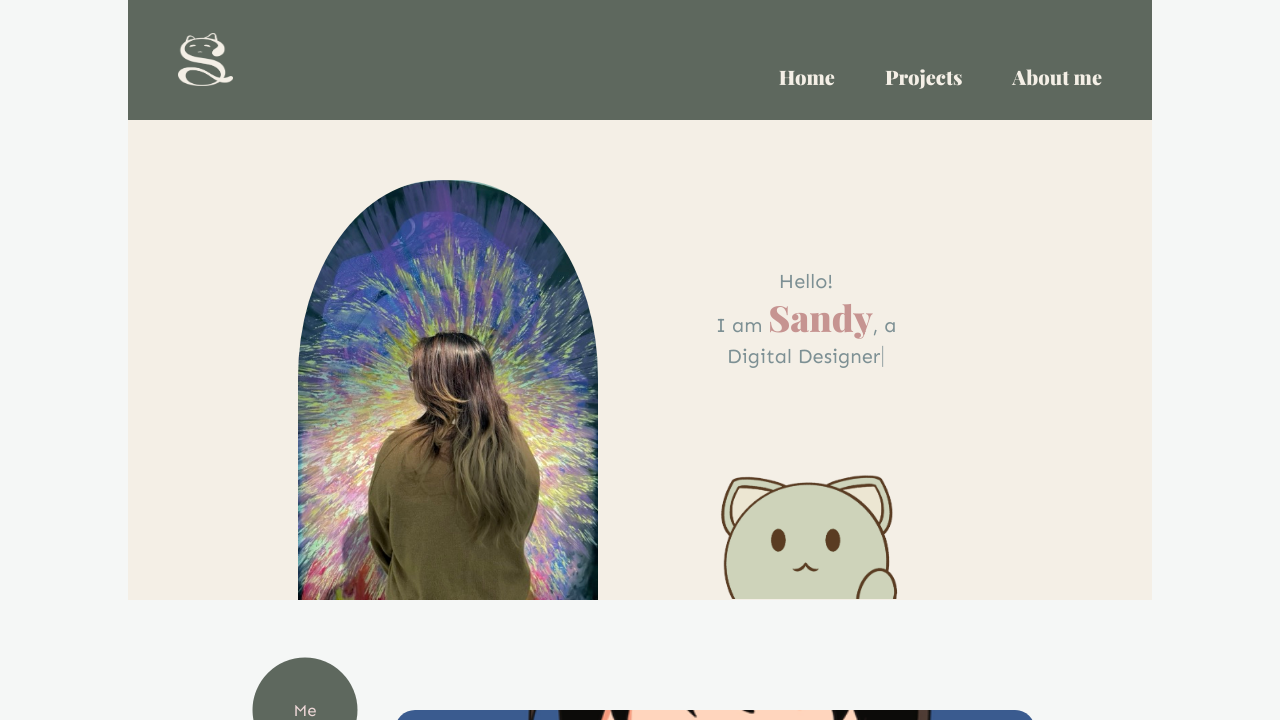
Repository: SandyLy453/portfolio
Page: /
The author's editor kept a copy of each file at every save. The page is drawn from the files as they stood at one save, then again after the next save.
The browser window is 1280 px wide. The pictures show the whole page.
An inner scrolling area shows only its first screen. The project was rebuilt for these pictures with package versions that can differ from the ones it lists, and the page was loaded fresh each time. The framework's server and built-in components were replaced by stand-ins that run in the browser. Also part of the build but not shown: next.config.mjs, modules/Footer/Footer.module.css, modules/Footer/Footer.js, modules/ProjectCard/ProjectCard.module.css, modules/ProjectCard/Projectcard.js.

Above is the page before, as saved 2025-02-13 18:10:51.

### pages/_app.js
import { useEffect } from "react";
import { useRouter } from "next/router";
import { Playfair_Display, Sen } from 'next/font/google';
import '../styles/globals.css';

const playfairDisplay = Playfair_Display({
  weight: ['400', '900'],
  style: ['normal', 'italic'],
  subsets: ['latin'],
});

const sen = Sen({
  weight: ['400', '700', '800'],
  subsets: ['latin'],
});

export default function App({ Component, pageProps }) {

  const router = useRouter();

  useEffect(() => {
    const handleRouteChangeComplete = (url) => {
        if (url.startsWith("/projects")) {
            window.location.reload();
        } else if (url.startsWith("/project")) {
          window.location.reload();
        }
    };

    router.events.on("routeChangeComplete", handleRouteChangeComplete);

    return () => {
        router.events.off("routeChangeComplete", handleRouteChangeComplete);
    };
}, [router]);


  return (
    <main className={`${playfairDisplay.className} ${sen.className}`}>
      <Component {...pageProps} />
    </main>
  )
}

### pages/_document.js
import { Html, Head, Main, NextScript } from "next/document";


export default function Document() {
  return (
    <Html lang="en">
      <Head>
        <title>San San's Tea Room</title>
        <link rel="icon" href="/favicon.ico" />

        <link rel="preconnect" href="https://fonts.googleapis.com" />
        <link rel="preconnect" href="https://fonts.gstatic.com" crossorigin="anonymous" />
        <link
          href="https://fonts.googleapis.com/css2?family=Playfair+Display:wght@400;900&family=Sen:wght@400;700;800&display=swap"
          rel="stylesheet"
        />
      </Head>
      <body>
        <Main />
        <NextScript />
      </body>
    </Html>
  );
}

### pages/index.js
import Image from "next/image";
import Link from "next/link";
import styles from "@/styles/Home.module.css";
import { useState, useEffect } from "react";
import Header from "@/modules/Header/Header";
import Footer from "@/modules/Footer/Footer";
import ProjectCard from "@/modules/ProjectCard/Projectcard";
import ShowCase from "@/modules/ShowCase/ShowCase";

export default function Home() {

  const projects = [
    {
      photos: ["/aether-cover.png"],
      alt: "Aether cover",
      title: "Aether",
      description: "Case Study - A AI-powered form-filling app",
      date: "September 2024 - December 2024",
      link: "/projects/Aether",
    },
    {
      photos: ["/post1.png", "/post2.png", "/post3.png"],
      alt: "Poster slides show",
      title: "Poster design",
      description:
        "Product design - Series of posters based on the anime/ manga Detective Conan.",
      date: "December 2024",
      link: "/projects/Poster",
    },
    {
      photos: ["/can1.png", "/can2.png", "/can3.png"],
      alt: "Can design slide show",
      title: "DiLo Tea Can",
      description: "Product design - Tea Can",
      date: "November 2024",
      link: "/projects/CanDesign",
    },
    {
      photos: ["/mockup2.png"],
      alt: "Magazine cover",
      title: "Magazine",
      description: "Magazine design - An architectural magazine",
      date: "November 2024",
      link: "/projects/Magazine",
    },
    {
      photos: ["/clotho.png"],
      alt: "Clotho app",
      title: "Clotho",
      description: "Clotho - A closet organize app",
      date: "March 2024 - May 2024",
      link: "/projects/Clotho",
    },
    {
      photos: ["/cam.png"],
      alt: "Camera vector graphic",
      title: "Mechanical Object Vector Graphic",
      description: "Using vector to draw mechanical objects",
      date: "December 2023",
      link: "/projects/MechanicalObject",
    },
  ];

  const [visibleProjects, setVisibleProjects] = useState(6);

  const roles = ["UX/UI Designer", "Digital Designer", "Web Developer"];
  const [text, setText] = useState("");
  const [index, setIndex] = useState(0);
  const [charIndex, setCharIndex] = useState(0);
  const [deleting, setDeleting] = useState(false);

  useEffect(() => {
    const currentRole = roles[index];

    let timeout;

    if (deleting) {
      timeout = setTimeout(() => {
        setText(currentRole.substring(0, charIndex - 1));
        setCharIndex((prev) => prev - 1);
      }, 50);
    } else {
      timeout = setTimeout(() => {
        setText(currentRole.substring(0, charIndex + 1));
        setCharIndex((prev) => prev + 1);
      }, 100);
    }

    if (!deleting && charIndex === currentRole.length) {
      setTimeout(() => setDeleting(true), 1000);
    } else if (deleting && charIndex === 0) {
      setDeleting(false);
      setIndex((prevIndex) => (prevIndex + 1) % roles.length);
    }

    return () => clearTimeout(timeout);
  }, [charIndex, deleting, index, roles]);

  return (
    <>
      <Header/>

      <main className={styles.main}>
        <div className={styles.top}>
          <div className={styles.image}>
            <Image src={'/cover.jpeg'} alt="cover photo" className={styles.coverPhoto} width={300} height={420} />
          </div>

          <div className={styles.info}>
            <p className={styles.role}>Hello!</p>
            <p className={styles.role}>I am <span className={styles.name}>Sandy</span>, a</p>
            <p className={styles.role}>
              {text}
              <span className={styles.cursor}>|</span>
            </p>
            <Image src={'/hi.GIF'} alt="greeting gif" className={styles.gif} width={294} height={129} />
          </div>
        </div>

        <ShowCase/>



        <div className={styles.loadMoreContainer}>
          <Link
            href="/project"
            className={styles.loadMoreButton}
            scroll={true}
          >
              <button className={styles.loadMoreButton}>
                More Projects
              </button>
          </Link>
        </div>

        <div className={styles.sectionBreaker}>
          <span> Contact </span>
        </div>

        <div className={styles.bottom}>

        </div>


        <br/>

      </main>
    </>
  );
}

### styles/globals.css
:root {
  --mauveMorn: #ecd6d6;
  --mauveShadow: #B59BA6;
  --moss: #5E7975;
  --brightWhite: #f5f7f6;
  --white: #fff;

  --spaBlue: #D3DEDF;
  --forest: #5E685E;
  --midnight: #3D4D55;
  --stormCloud: #676767;
  --cream: #f4EFE6;
  --cloud: #FEFCF6;
}

html,
body {
  padding: 0;
  margin: 0;
  background-color: #f5f7f6;
  width: 100vw;
  height: 100vh;
  overflow-x: hidden;
  scroll-behavior: auto;

  font-family: "Playfair Display", serif;
  font-optical-sizing: auto;
  color: var(--stormCloud);
  cursor: url('/hehe.webp') 16 16, auto;
}

header {
  margin: 0;
  padding: 0;
  box-sizing: border-box;
}

* {
  margin: 0;
  padding: 0;
  box-sizing: border-box; /* Reset styles for all elements */
}

h1, h2, h3, h4, h5, span {
  font-family: "Playfair Display", serif;
}

a, button {
  cursor: url('/haha.webp') 16 16, pointer;
}

### styles/Home.module.css
.page {
  margin: 0;
  padding: 0;
}

.main {
  min-height: 100vh;
  width: 70vw;
  margin: auto;
  margin-top: 0;
  margin-top: 120px;
}

.top {
  width: 100%;
  min-height: 480px;
  background-color: var(--cream);
  align-items: center;
  display: flex;
  flex-direction: row;
  padding: 0;
  flex-wrap: wrap;
  justify-content: center;
}

.coverPhoto {
  border-radius: 47% 47% 0 0;
  margin: 0 6rem;
  position: relative;
  bottom: -30px;
}

.info {
  text-align: center;
  margin-top: 100px;
  width: 30vw;
}

.name {
  font-size: 54px;
  color: #C69491;
  font-weight: 600;
  font-family: "Playfair Display", serif;
}

.role {
  font-size: 44px;
  color: #7D9094;
  font-weight: 500;
}

.loca {
  font-size: 20px;
  color: #7D9094;
  padding-top: 10px;
}

.gif {
  position: relative;
  bottom: -36px;
}


.sectionBreaker {
  display: flex;
  align-items: center;
  justify-content: center;
  margin: 40px 0;
  position: relative;
}

.sectionBreaker::before,
.sectionBreaker::after {
  content: "";
  flex: 1;
  height: 2px;
  background: #d3d3d3;
  margin: 0;
}

.sectionBreaker span {
  color: #7D9094;
  margin: 0 10px;
  font-size: 20px;
  font-style: italic;
}

.pjSection {
  display: flex;
  flex-direction: row;
  flex-wrap: wrap;
  justify-content:space-between;
  align-items: flex-start;
  margin: 0 auto;
  margin-bottom: 50px;
  gap: 1rem;
  max-width: 1350px;
}

.loadMoreContainer {
  display: flex;
  flex-direction: column;
  justify-content: center;
  align-items: center;
}

.loadMoreButton {
  height: 40px;
  width: 150px;
  background-color: var(--cream);
  color: var(--forest);
  border: 1px solid var(--forest);
  font-size: 18px;
  align-items: center;
  border-radius: 10px;
  margin-bottom: 50px;
}

.loadMoreButton:hover {
  background-color: var(--forest);
  color: var(--cream);
}




@media screen and (max-width: 1460px) {
  .pjSection {
    gap: 20px;
  }

  .main {
    width: 80vw;
  }

  .coverPhoto {
    margin: 0 1rem;
    bottom: -32px;
  }

  .info {
    margin-top: 50px;
  }

  .gif {
    bottom: -6.4rem;
  }

  .name {
    font-size: 36px;
  }

  .role {
    font-size: 20px;
  }

  .loca {
    font-size: 18px;
  }

  .pjSection {
    gap: 15px;
    justify-content: center;
  }
}



@media screen and (max-width: 768px) {
  .main {
    width: 100vw;
  }

  .coverPhoto {
    margin: 0 auto;
    bottom: -20px;
    width: 70vw;
    height: auto;
  }

  .info {
    margin-top: 50px;
    width: 90vw;
  }

  .name {
    font-size: 36px;
  }

  .role {
    font-size: 20px;
  }

  .loca {
    font-size: 18px;
  }

  .pjSection {
    gap: 15px;
    justify-content: center;
  }

  .gif {
    position: relative;
    bottom: -4px;
    margin-top: 10px;
  }
}

### modules/Header/Header.js
import Image from "next/image";
import Link from "next/link";
import styles from './Header.module.css'
import { useRef } from "react";

export default function Header () {
    const audioRef = useRef(null);

    const playSound = () => {
        if (audioRef.current) {
            audioRef.current.currentTime = 0;
            audioRef.current.play().catch(error => console.log("Audio playback error:", error));
        }
    };

    return (
        <header className={styles.header}>
            <div className={styles.logo}>
                <Link href={'/'}>
                    <Image
                        src={'/logo.png'}
                        alt="logo"
                        className={styles.logo}
                        width={55}
                        height={53}
                        onMouseEnter={playSound}
                    />
                </Link>
            </div>

            <div className={styles.menu}>
                <p className={styles.menuOption}><Link href={'/'} className={styles.link}>Home</Link></p>
                <p className={styles.menuOption}><Link href={'/project'} className={styles.link}>Projects</Link></p>
                <p className={styles.menuOption}><Link href={'/about'} className={styles.link}>About me</Link></p>
            </div>

            <audio ref={audioRef} src="/cat.wav" preload="auto"></audio>
        </header>
    )
}

### modules/ShowCase/ShowCase.js
import Image from "next/image";
import { useState, useEffect, useRef } from "react";
import styles from './ShowCase.module.css';

export default function ShowCase() {
    const tags = ["Me", "UX/UI", "Graphic", "Other"];
    const images = {
        "Me": "/card-holder.png",
        "UX/UI": "/ava.png",
        "Graphic": "/card-holder.png",
        "Other": "/ava.png",
    };

    const [activeTag, setActiveTag] = useState(tags[0]);
    const [isFading, setIsFading] = useState(false);
    const [isPaused, setIsPaused] = useState(false);
    const intervalRef = useRef(null);

    const startLoop = () => {
        clearInterval(intervalRef.current);
        intervalRef.current = setInterval(() => {
            setIsFading(true);
            setTimeout(() => {
                setActiveTag((prevTag) => {
                    const currentIndex = tags.indexOf(prevTag);
                    return tags[(currentIndex + 1) % tags.length];
                });
                setIsFading(false);
            }, 1000);
        }, 7000);
    };

    useEffect(() => {
        if (!isPaused) startLoop();
        return () => clearInterval(intervalRef.current);
    }, [isPaused]);

    useEffect(() => {
        startLoop();
        return () => clearInterval(intervalRef.current);
    }, []);

    const handlePause = (tag) => {
        clearInterval(intervalRef.current);
        setIsPaused(true);
        setActiveTag(tag);
        setIsFading(false);
    };

    const handleResume = () => {
        setIsPaused(false);
    };

    return (
        <div className={styles.container}>
            <div className={styles.tagBox}>
                {tags.map((tag) => (
                    <div
                        key={tag}
                        className={`${styles.tag} ${activeTag === tag ? styles.active : ""}`}
                        onMouseEnter={() => handlePause(tag)}
                        onMouseLeave={handleResume}
                        onTouchStart={() => handlePause(tag)}
                        onTouchEnd={handleResume}
                    >
                        <p>{tag}</p>
                    </div>
                ))}
            </div>

            <div className={styles.photoBox}>
                <Image
                    key={activeTag}
                    src={images[activeTag]}
                    alt={activeTag}
                    width={600}
                    height={460}
                    className={`${styles.photo} ${isFading ? styles.fadeOut : styles.fadeIn}`}
                />
            </div>
        </div>
    );
}

### modules/Header/Header.module.css
.header {
    margin:0;
    margin-left: auto;
    margin-right: auto;
    width: 70vw;
    height: 120px;
    background-color: var(--forest);
    padding: 20px 50px ;
    padding-bottom: 30px;

    display: flex;
    flex-direction: row;
    justify-content: space-between;
    align-items: flex-end;
    position: fixed;
    right: 15vw;
    top: 0;
    z-index: 999;
}

.menu {
    display: flex;
    flex-direction: row;
    gap: 50px;
}

.menuOption {
    font-size: 20px;
    font-weight: 600;
}

.link {
    text-decoration: none;
    color: var(--cream);
    font-family: "Playfair Display", serif;
}

.link:hover {
    color: var(--midnight);
}


@media screen and (max-width: 1460px) {
    .header {
        width: 80vw;
        right: 10vw;
    }
}

@media screen and (max-width: 768px) {
    .header {
        width: 100vw;
        right: 0;
    }
}

### modules/ShowCase/ShowCase.module.css
.container {
    margin: auto;
    margin-top: 50px;
    display: flex;
    flex-direction: row;
    justify-content: center;
    align-items: center;
    gap: 30px;
}

.tagBox {
    display: flex;
    justify-content: center;
    align-items: center;
    flex-direction: column;
}

.tag, .active {
    width: 100px;
    height: 100px;
    background-color: var(--cream);
    border-radius: 50%;
    display: flex;
    justify-content: center;
    align-items: center;
    margin: 10px;
    cursor: url('/haha.webp') 16 16, pointer;
    transition: background-color 0.3s ease-in-out, transform 0.2s ease-in-out;
}

.tag:hover, .active {
    background-color: var(--forest);
    transform: scale(1.05);
}

.tag p, .active p {
    color: var(--mauveShadow);
    opacity: 80%;
}

.tag:hover p, .active p {
    color: var(--mauveMorn);
    opacity: 100%;
}

.photoBox {
    width: 50vw;
    max-width: 800px;
    aspect-ratio: 16 / 9;
    position: relative;
    display: flex;
    align-items: center;
    justify-content: center;
    overflow: hidden;
}

.photo {
    width: 100%;
    height: 100%;
    border-radius: 20px;
    object-fit: cover;
    position: absolute;
    transition: opacity 0.5s ease-in-out;
}


.fadeIn {
    opacity: 1;
}

.fadeOut {
    opacity: 0;
}

After the next save:
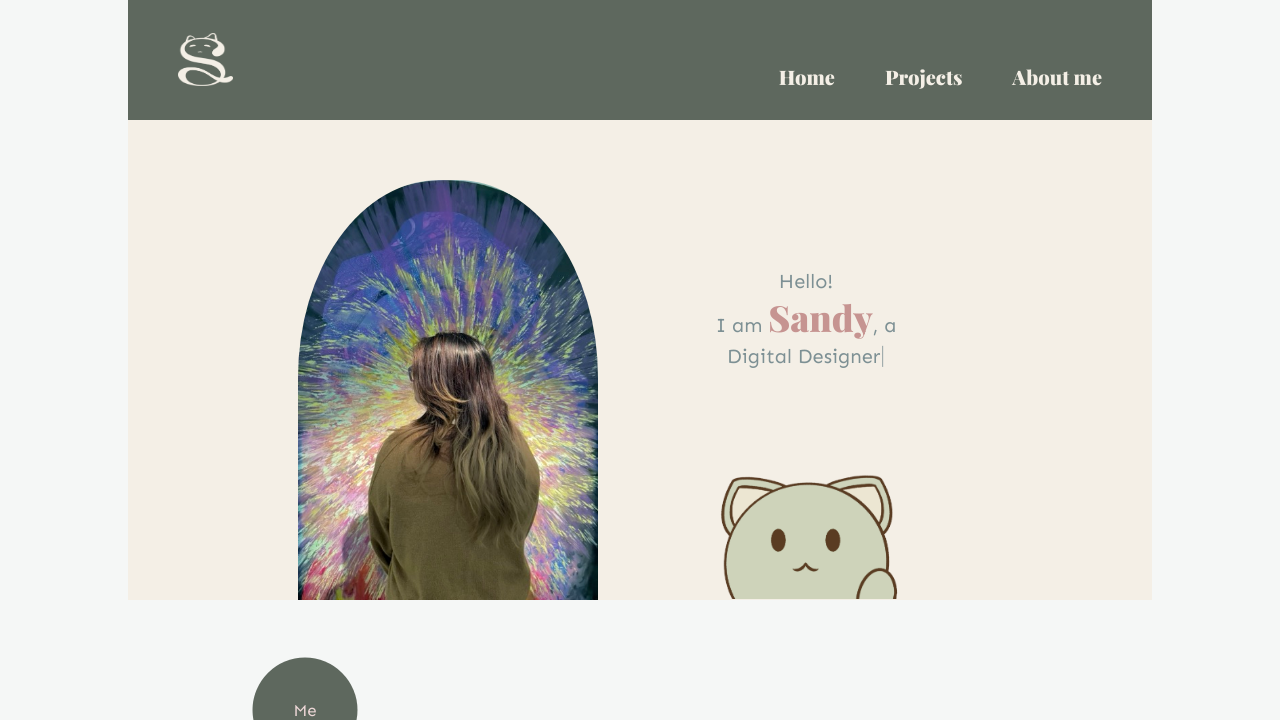
Saved 28 s later.
--- a/modules/ShowCase/ShowCase.js
+++ b/modules/ShowCase/ShowCase.js
@@ -27,7 +27,7 @@ export default function ShowCase() {
                 });
                 setIsFading(false);
             }, 1000);
-        }, 7000);
+        }, 5000);
     };
 
     useEffect(() => {
